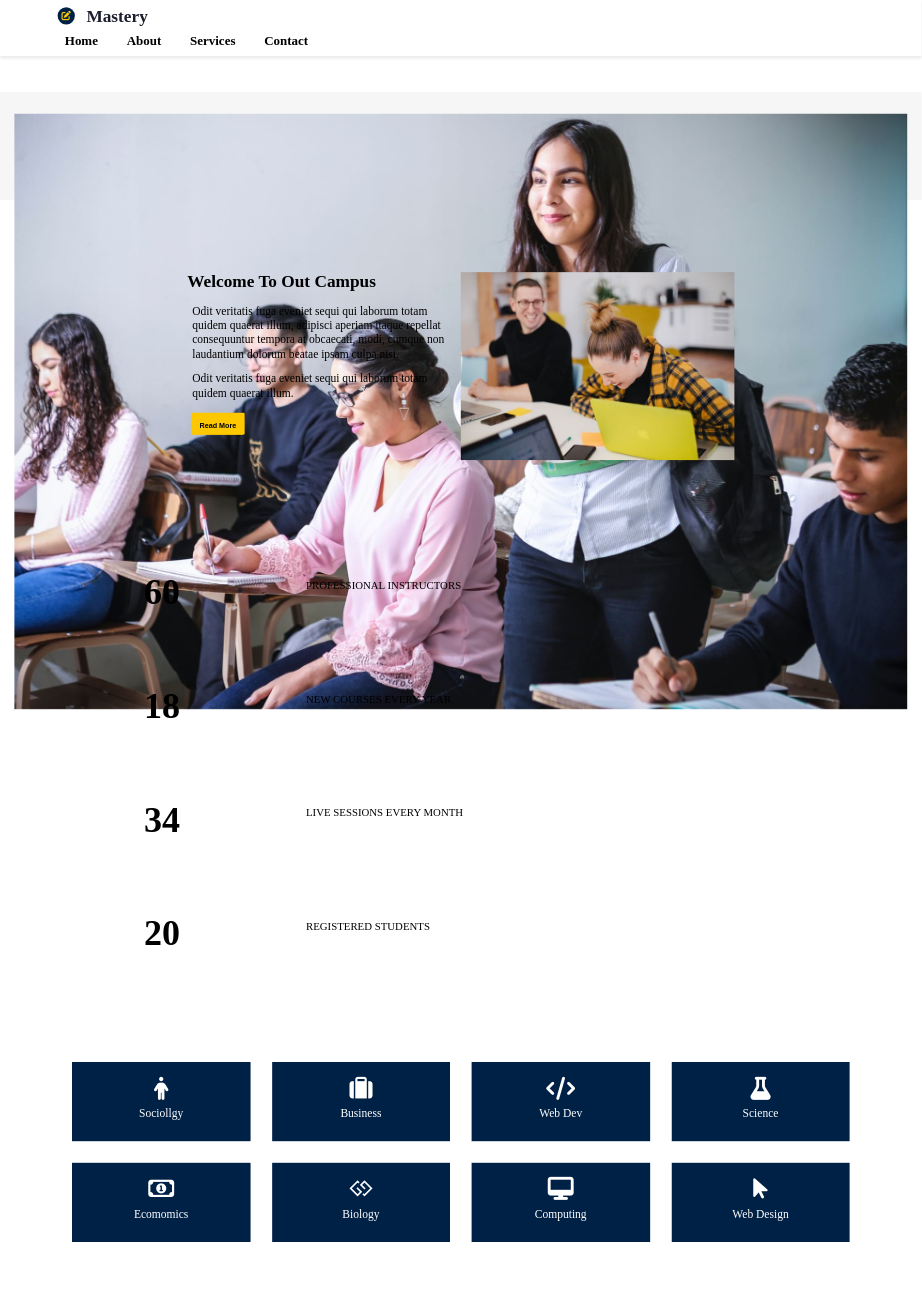
Repository: trminhphuc1504/Mastery
Page: index.html
An editor plug-in stored every save of this project. The page is shown before and after the next save, followed by the edit.
The browser window is 1280 px wide. The pictures show the whole page, at 72% of full size.
Some web libraries are served in a nearby version.

Above is the page before, as saved 2024-08-31 23:32:04.

### index.html
<!DOCTYPE html>
<html lang="en">
  <head>
    <meta charset="UTF-8" />
    <meta http-equiv="X-UA-Compatible" content="IE=edge" />
    <meta name="viewport" content="width=device-width, initial-scale=1.0" />

    <!-- Font Awesome -->
    <link
      rel="stylesheet"
      href="https://cdnjs.cloudflare.com/ajax/libs/font-awesome/6.6.0/css/all.min.css"
    />

    <link rel="stylesheet" href="./css/style.css" />
    <title>Mastery</title>
  </head>
  <body>
    <!-- Header -->
    <section id="header">
      <div class="container">
        <header>
          <div class="header-logo">
            <a href="#" class="logo">
              <i class="fa-solid fa-pen-to-square"> </i>
              <span class="header-title">Mastery</span>
            </a>
          </div>

          <nav class="header-nav">
            <ul>
              <li>
                <a href="#">Home</a>
              </li>
              <li>
                <a href="#">About</a>
              </li>
              <li>
                <a href="#">Services</a>
              </li>
              <li>
                <a href="#">Contact</a>
              </li>
            </ul>
          </nav>
        </header>
      </div>
    </section>

    <!-- poster -->
    <section id="poster">
      <div class="poster-img">
        <img src="./images/2.jpg" alt="poster" />
      </div>
    </section>

    <!-- banner -->

    <section id="banner">
      <div class="banner-content">
        <div class="banner-container">
          <div class="banner-item">
            <div id="left">
              <h2 class="banner-title">Welcome To Out Campus</h2>
              <p class="banner-desc">
                Odit veritatis fuga eveniet sequi qui laborum totam quidem
                quaerat illum, adipisci aperiam itaque repellat consequuntur
                tempora at obcaecati, modi, cumque non laudantium dolorum beatae
                ipsam culpa nisi.
              </p>
              <p>
                Odit veritatis fuga eveniet sequi qui laborum totam quidem
                quaerat illum.
              </p>
              <div class="banner-button">
                <button class="banner-btn"><b> Read More </b></button>
              </div>
            </div>
            <div id="right">
              <img src="./images/g1.jpg" alt="banner" />
            </div>
          </div>
        </div>
        <!-- <div class="banner-button">
          <button class="banner-btn"><b> Read More </b></button>
        </div> -->
        <!-- <div id="right">
          <img src="./images/g1.jpg" alt="banner" />
        </div> -->
      </div>
    </section>

    <!-- content -->
    <section id="content">
      <div class="content-container">
        <div class="content-content">
          <div class="content-item">
            <h3>60</h3>
            <p>Professional Instructors</p>
          </div>
          <div class="content-item">
            <h3>18</h3>
            <p>New Courses Every Year</p>
          </div>
          <div class="content-item">
            <h3>34</h3>
            <p>Live Sessions Every Month</p>
          </div>
          <div class="content-item">
            <h3>20</h3>
            <p>Registered Students</p>
          </div>
        </div>
      </div>
    </section>

    <section id="banner">
      <div class="banner-container">
        <div class="banner-content">
          <div class="banner-items">
            <div class="banner-slide">
              <i class="fa-solid fa-person"></i>
              <p>Sociollgy</p>
            </div>
          </div>
          <div class="banner-items">
            <div class="banner-slide">
              <i class="fa-solid fa-suitcase"></i>
              <p>Business</p>
            </div>
          </div>
          <div class="banner-items">
            <div class="banner-slide">
              <i class="fa-solid fa-code"></i>
              <p>Web Dev</p>
            </div>
          </div>
          <div class="banner-items">
            <div class="banner-slide">
              <i class="fa-solid fa-flask"></i>
              <p>Science</p>
            </div>
          </div>
          <div class="banner-items">
            <div class="banner-slide">
              <i class="fa-regular fa-money-bill-1"></i>
              <p>Ecomomics</p>
            </div>
          </div>
          <div class="banner-items">
            <div class="banner-slide">
              <i class="fa-brands fa-gg"></i>
              <p>Biology</p>
            </div>
          </div>
          <div class="banner-items">
            <div class="banner-slide">
              <i class="fa-solid fa-desktop"></i>
              <p>Computing</p>
            </div>
          </div>
          <div class="banner-items">
            <div class="banner-slide">
              <i class="fa-solid fa-arrow-pointer"></i>
              <p>Web Design</p>
            </div>
          </div>
        </div>
      </div>
    </section>
  </body>
</html>

### css/style.css
* {
    margin: 0;
    padding: 0;
    box-sizing: border-box;
}

a{
    text-decoration: none;
}

.container{
    /* max-width: 1200px; */
    margin: auto;
}



/* header .header-logo{
    background-color:pink;
    padding: 20px ;
} */

/* Header */

header{
    background-color:white;
    padding: 10px 0;
    box-shadow: 0 2px 4px rgba(0, 0, 0, 0.1);
}

.header-logo{
    display: flex;
    align-items:center;
    margin-left: 80px;
    margin-bottom: 10px;
}

.logo{
    font-size:24px;
    text-decoration: none;
    text-align: center;

}

.logo i{
    width: 24px;
    height: 24px;
    margin-right: 10px;
    line-height: 24px;
    border-radius:50%;
    background-color:#002146;
    font-size: 13px;
    vertical-align: top;
    color:#FDC800;
    display: inline-block;
}


.header-nav ul{
    list-style: none;
    display: flex;
    gap: 40px;
    display: flex;
    align-items: center;
    margin-left:90px;
}


.logo .header-title{
    color:#1B1D2D;
    font-weight: 700;
}


.header-nav ul li a{
    font-size:18px;
    color:#000;
    font-weight: 600;
}

/* Poster */
.poster-img img{
    width:100%;
}

/* Banner */
.banner-content .banner-container{
    margin:auto;
    width:75%;
    padding-top: 50px;
    /* padding-bottom: 120px; */
}

 .banner-content .banner-container .banner-item #left{
    float:left;
    width: 50%;
}

 /* .banner-content .banner-container{
    padding-top: 50px;
} */

.banner-content .banner-container .banner-item #right{
    float:right;
    width: 50%;
}

 .banner-content .banner-container .banner-item #right img{
    width: 100%;
}

.banner-content .banner-container .banner-item #left .banner-title{
    padding-bottom: 10px;
}

/* .banner-content .banner-container .banner-item #left .banner-title .banner-desc p{
    margin-bottom: 30px;
    margin-top: 20px;
} */

#left p{
    padding: 7px;
    line-height: 20px;
    /* margin-top: px; */
}



.banner-button .banner-btn{
    background-color:#FDC800;
    padding: 5px 10px;
    font-weight: 400;
    font-size: 15px;
    outline: none;
    border:2px solid transparent;
    margin: 10px 5px;
    border-radius:5%;
}

.banner-button .banner-btn b{
    font-size: 10px;
}


/* Content */
#poster {
    margin-top: 50px;
    background-color: #F6F6F6;
    height: 150px;
}

.contents-container .content-content{
    display: flex;
    --number-item:4
    --gap:50px
    gap: var(--gap);
    /* gap:50px; */
}

.content-content .content-item{
    display: flex;
    gap:5px;
    padding: 50px 200px;
    width: calc((100% - calc(var(--number-item) - 1) * var(--gap)) / var(--number-item));
}



.content-content .content-item h3{
    font-size: 50px;
    width: 25%;
}

.content-content .content-item p{
    text-transform: uppercase;
    font-size: 15px;
    padding-top: 10px;
    width: 50%;
    font-weight: 500;
    line-height: 20px;
}


/* Banner */
#banner .banner-container{
    padding:100px;
    /* display: flex;
    justify-content:center;
    align-items:center; */
    /* height: 100vh; */
    /* position: relative; */

}

#banner .banner-content{
    display: flex;
    flex-wrap: wrap;
    justify-content: space-between;
    --number-item:4;
    --gap:30px;
    gap:var(--gap);
    /* width: 50%;
    top: 50%;
    left: 50%;
    transform: translate(-50%,-50%); */

}

#banner .banner-items{
    width: calc((100% - calc(var(--number-item) - 1) * var(--gap)) / var(--number-item));
    box-sizing:border-box;
}

#banner .banner-slide{
    padding:20px 10px;
    background-color:#002146;
    display: flex;
    flex-direction: column;
    align-items:center;
    justify-content: center;
    text-align: center;
}

.banner-slide p{
    color:#fff;
    margin-top: 10px;
}

.banner-slide i{
    color:#fff;
    /* 1rem = 16px */
    font-size: 2rem;
}

/*item*/
.show-item .item-container{
    padding: 50px 300px 50px 300px;
    --number-item:4;
    --gap:40px;
    display: flex;
    flex-wrap: wrap;
    gap:var(--gap);
    justify-content: space-between;
    margin: auto;
}

.show-item .item-container .items{
    width: calc((100% - calc( var(--number-item) - 1)* var(--gap))/ var(--number-item));
    height: 120px;
    background-color: #002147;
    color: white;
    display: flex;
    justify-content: center;
    padding: 20px 0 20px 0;
    cursor:grab;
    border-radius: 5px;
}

.show-item .item-container .items .icon{
    padding: 30px 5px;
    display: flex;
    flex-direction: column;
    align-items: center;
    justify-content: center;
    text-align: center;
}

.show-item .item-container .items .icon i{
   font-size: 30px;
   padding-bottom: 20px;
}

.show-item .item-container .items .icon p{
    font-size: 15px;
}

#poster{
    padding: 30px 20px 30px 20px;
    background-color: #F6F6F6;
}

#poster .contents-container{
    margin: auto;
    width: 75%;
}

#poster .contents-container .content-items{
    --number-item:2;
    --gap:40px;
    display: flex;
    gap: var(--gap);

}

#poster .contents-container .content-items .show-content{
    width: calc((100% - calc( var(--number-item) - 1)* var(--gap))/ var(--number-item));
}

#poster .contents-container .content-items .show-content .last-posts{
    display: block;
    background-color:white;
    padding-bottom: 5px;
}

#poster .contents-container .content-items .show-content .last-posts .posts img, .upcoming-events .content-card .card{
    width: 30%;
    border-radius: 6px;
}

#poster .contents-container .content-items .show-content .last-posts .posts{
    display: flex;
    gap: 10px;
    margin: 20px;
    padding-top:20px;
}

#poster .contents-container .content-items .show-content .last-posts .posts .text{
    font-size: 15px;
}

.content .content-container .content-items .show-content .last-posts .posts .text p, .upcoming-events .posts .text p{
    line-height: 25px;
}

.content .content-container .content-items .show-content .last-posts .posts .text #date{
    color: gray;
}

.content .content-container .content-items .show-content .last-posts .posts .text h4,p{
    padding-bottom: 10px;
}

hr{
    margin: 0px 45px 0px 45px;
    opacity: 0.5;
}

.card {
    padding-left: 20px;
    width: 70%;
    text-align: center;
}

.card__top {
    padding: 0px;
    background-color: #fdc800;
    color: black;
    border-radius: 5px 5px 0 0;
}

.card__bottom {
    background-color: #002146;
    color: #F6F6F6;
    padding: 10px;
    padding-left: 0px;
    padding-bottom: 5px;
    border-radius: 0 0 5px 5px;
}


.content .content-container .content-items .show-content .upcoming-events{
    display: flex;
    padding-bottom: 5px;
    flex-direction: column;
    margin: 20px;
}

.content .content-container .content-items .show-content .upcoming-events .posts{
    background-color:white;
    display: flex;
    gap: 15px;
    margin-top: 0;
margin-bottom: 20px;
    padding-top:20px;
}

.btn1{
    margin-top: 15px;
    text-align: right;
}

.btn{
    text-align: right;
}

.btn button{
    padding:0px;
    padding-left: 15px;
    padding-right: 15px;
    font-size: 15px;
    background-color: #fdc800;
    color: black;
    font-weight: 600;
    border: none;
    border-radius: 5px;
    height: 35px;
}

After the next save:
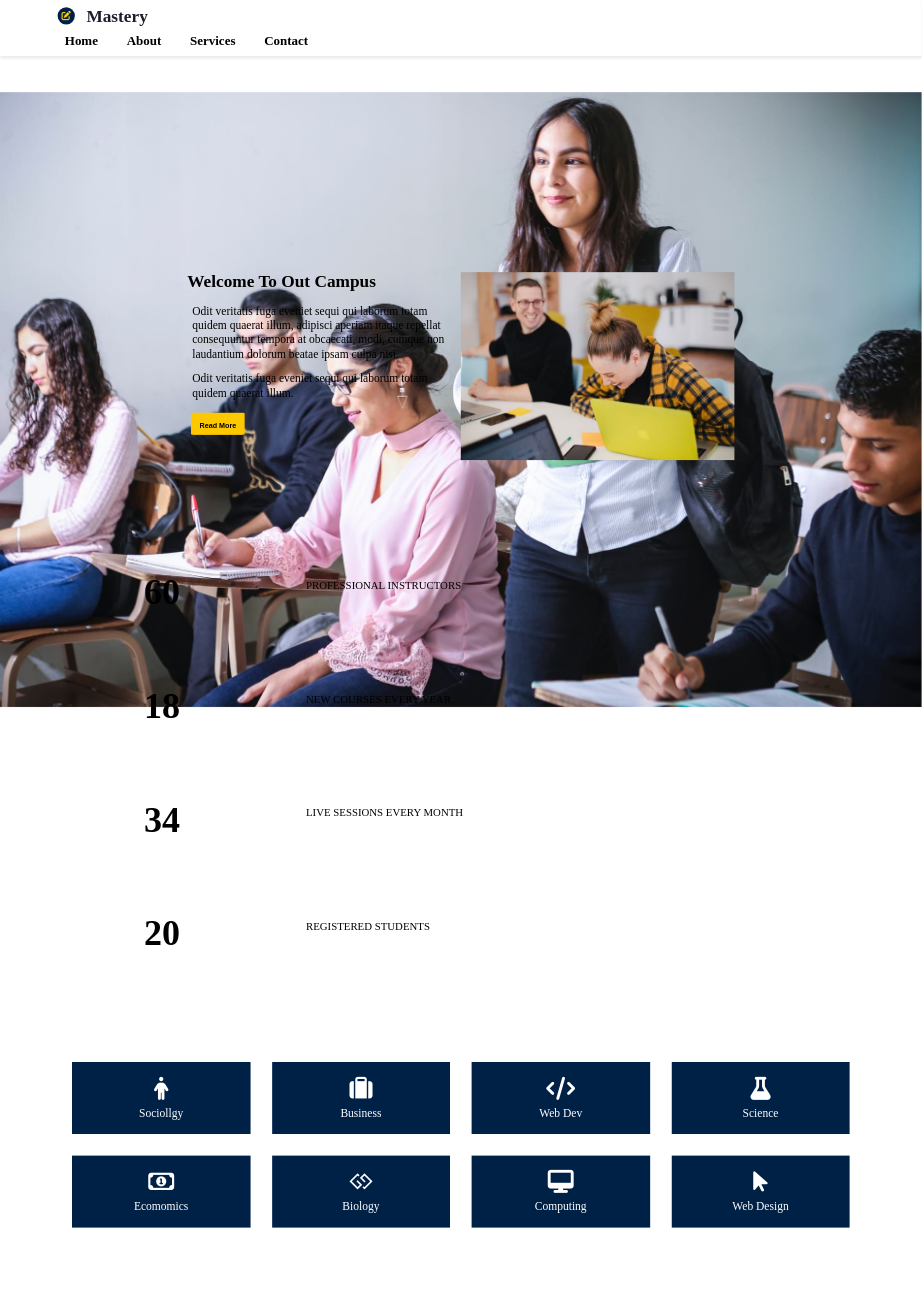
Saved 11 s later.
--- a/css/style.css
+++ b/css/style.css
@@ -273,125 +273,3 @@ header{
 .show-item .item-container .items .icon p{
     font-size: 15px;
 }
-
-#poster{
-    padding: 30px 20px 30px 20px;
-    background-color: #F6F6F6;
-}
-
-#poster .contents-container{
-    margin: auto;
-    width: 75%;
-}
-
-#poster .contents-container .content-items{
-    --number-item:2;
-    --gap:40px;
-    display: flex;
-    gap: var(--gap);
-
-}
-
-#poster .contents-container .content-items .show-content{
-    width: calc((100% - calc( var(--number-item) - 1)* var(--gap))/ var(--number-item));
-}
-
-#poster .contents-container .content-items .show-content .last-posts{
-    display: block;
-    background-color:white;
-    padding-bottom: 5px;
-}
-
-#poster .contents-container .content-items .show-content .last-posts .posts img, .upcoming-events .content-card .card{
-    width: 30%;
-    border-radius: 6px;
-}
-
-#poster .contents-container .content-items .show-content .last-posts .posts{
-    display: flex;
-    gap: 10px;
-    margin: 20px;
-    padding-top:20px;
-}
-
-#poster .contents-container .content-items .show-content .last-posts .posts .text{
-    font-size: 15px;
-}
-
-.content .content-container .content-items .show-content .last-posts .posts .text p, .upcoming-events .posts .text p{
-    line-height: 25px;
-}
-
-.content .content-container .content-items .show-content .last-posts .posts .text #date{
-    color: gray;
-}
-
-.content .content-container .content-items .show-content .last-posts .posts .text h4,p{
-    padding-bottom: 10px;
-}
-
-hr{
-    margin: 0px 45px 0px 45px;
-    opacity: 0.5;
-}
-
-.card {
-    padding-left: 20px;
-    width: 70%;
-    text-align: center;
-}
-
-.card__top {
-    padding: 0px;
-    background-color: #fdc800;
-    color: black;
-    border-radius: 5px 5px 0 0;
-}
-
-.card__bottom {
-    background-color: #002146;
-    color: #F6F6F6;
-    padding: 10px;
-    padding-left: 0px;
-    padding-bottom: 5px;
-    border-radius: 0 0 5px 5px;
-}
-
-
-.content .content-container .content-items .show-content .upcoming-events{
-    display: flex;
-    padding-bottom: 5px;
-    flex-direction: column;
-    margin: 20px;
-}
-
-.content .content-container .content-items .show-content .upcoming-events .posts{
-    background-color:white;
-    display: flex;
-    gap: 15px;
-    margin-top: 0;
-margin-bottom: 20px;
-    padding-top:20px;
-}
-
-.btn1{
-    margin-top: 15px;
-    text-align: right;
-}
-
-.btn{
-    text-align: right;
-}
-
-.btn button{
-    padding:0px;
-    padding-left: 15px;
-    padding-right: 15px;
-    font-size: 15px;
-    background-color: #fdc800;
-    color: black;
-    font-weight: 600;
-    border: none;
-    border-radius: 5px;
-    height: 35px;
-}
